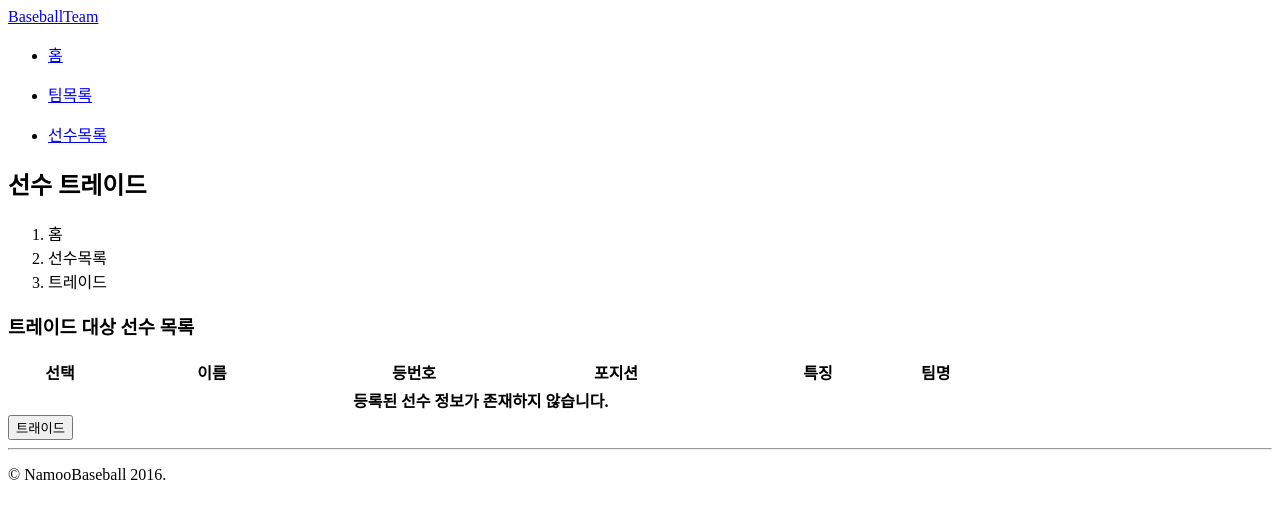
Repository: brotherdoor/shiba
Page: http://localhost/Baseball_templete/trade.do
These files come from the project's save history. The page is drawn as it stood at one moment and after the next save; the edit follows.
The browser window is 1280 px wide. The pictures show the whole page.
The page is served by Tomcat 9. Other server files are loaded and not shown.

Above is the page before, as saved 2017-02-23 05:31:14.

### jsp/Baseball_templete/WebContent/tradeTargetList.jsp
<%@ page language="java" contentType="text/html; charset=UTF-8"
    pageEncoding="UTF-8"%>
<%@ taglib prefix="c" uri="http://java.sun.com/jsp/jstl/core" %>
<!DOCTYPE html>
<html lang="ko">
<head>

<title>BaseballTeam</title>
<meta charset="utf-8">
<link href="resources/css/bootstrap_modify.css" rel="stylesheet">
<link href="resources/css/layout.css" rel="stylesheet">
<script src="resources/js/jquery-2.1.3.js"></script>

</head>
<body>

	<!-- Main Navigation ================================================================================= -->
	<div class="navbar navbar-default navbar-fixed-top">
		<div class="container">
			<div class="navbar-header">
				<a class="navbar-brand" href="#">BaseballTeam</a>
			</div>
			<div class="navbar-collapse collapse">
				<ul class="nav navbar-nav">
					<li><a href="teamList.do">홈</a></li>
				</ul>
				<ul class="nav navbar-nav">
					<li><a href="teamList.do">팀목록</a></li>
				</ul>
				<ul class="nav navbar-nav">
					<li><a href="playerList.do">선수목록</a></li>
				</ul>
			</div>
		</div>
	</div>

	<!-- Header ========================================================================================== -->
	<header>
		<div class="container">
			<div class="row">
				<div class="col-lg-12">
					<div class="jumbotron">
						<h2>${sourcePlayer.name } 선수 트레이드</h2>
					</div>
				</div>
			</div>

			<div class="row">
				<div class="col-sm-12 col-lg-12">
					<ol class="breadcrumb">
						<li>홈</li>
						<li>선수목록</li>
						<li class="active ">트레이드</li>
					</ol>
				</div>
			</div>
		</div>
	</header>

	<!-- Container ======================================================================================= -->
	<div class="container">
		<div class="row">

			<div class="col-sm-12 col-lg-12">
				<div>
					<h3>트레이드 대상 선수 목록</h3>
				</div>

				<div class="table-responsive">
					<table class="table table-striped table-bordered table-hover">
						<colgroup>
							<col width="100" />
							<col width="200" />
							<col width="200" />
							<col width="200" />
							<col width="200" />
							<col width="*" />
						</colgroup>
						<thead>
							<tr>
								<th class="text-center">선택</th>
								<th class="text-center">이름</th>
								<th class="text-center">등번호</th>
								<th class="text-center">포지션</th>
								<th class="text-center">특징</th>
								<th class="text-center">팀명</th>
							</tr>
						</thead>
						<tbody>
						<c:choose>
						<c:when test="${teamList eq null || empty teamList }">
						<tr>
							<th colspan="6" class="text-center">등록된 선수 정보가 존재하지 않습니다.</th>
						</tr>
						</c:when>
						<c:otherwise>
						<c:forEach items="${teamList }" var="team">
						<c:forEach items="${team.players }" var="target">
							<c:choose>
							<c:when test="${team eq null || empty team }">
							<tr>
								<th colspan="6" class="text-center">등록된 선수 정보가 존재하지 않습니다.</th>
							</tr>
							</c:when>
							<c:otherwise>
							<tr>
								<td class="text-center">
								<form action="join.do" method="get" >
								<input type="submit" name="targetPlayer" value="${target.playerId }">
								</form>
								</td>
								<td class="text-center">${target.name }</td>
								<td class="text-center">${target.backNumber }</td>
								<td class="text-center">${target.position }</td>
								<td class="text-center">좌투좌타</td>
								<td class="text-center">${team.name }</td>
							</tr>
							</c:otherwise>
							</c:choose>

						</c:forEach>
						</c:forEach>
						</c:otherwise>
						</c:choose>
						</tbody>
					</table>
				</div>

				<div class="text-right">
					<a href="trade.do?source=${sourcePlayer.playerId }">
						<button type="button" class="btn btn btn-warning">트래이드</button>
					</a>
				</div>
			</div>
		</div>
		<!-- Footer ========================================================================================== -->
		<footer>
			<hr>
			<p>© NamooBaseball 2016.</p>
		</footer>
	</div>
</body>
</html>

### jsp/Baseball_templete/src/controller/TradeController.java
package controller;

import java.io.IOException;
import javax.servlet.ServletException;
import javax.servlet.annotation.WebServlet;
import javax.servlet.http.HttpServlet;
import javax.servlet.http.HttpServletRequest;
import javax.servlet.http.HttpServletResponse;

import service.BaseballTeamService;
import service.logic.BaseballTeamServiceLogic;

@WebServlet("/trade.do")
public class TradeController extends HttpServlet {
	private static final long serialVersionUID = 1L;

	@Override
	protected void doGet(HttpServletRequest req, HttpServletResponse resp)
			throws ServletException, IOException {
		req.getRequestDispatcher("tradeTargetList.jsp").forward(req, resp);
	}

	@Override
	protected void doPost(HttpServletRequest req, HttpServletResponse resp)
			throws ServletException, IOException {
		BaseballTeamService service = new BaseballTeamServiceLogic();
		System.out.println(req.getParameter("targetPlayer"));
		System.out.println(req.getParameter("source"));
		service.tradePlayer(req.getParameter("source"), req.getParameter("targetPlayer"));
		resp.sendRedirect("playerList.do");
	}

}

### jsp/Baseball_templete/WebContent/resources/css/layout.css

body {
	   padding-top: 40px;
}
.write_area{position:relative;height:70px;padding:0 75px 0 20px;border:1px solid #e1e1e6;border-radius:2px;background-color:#fbfbfd;}
.write_area .input_write_comment{overflow:hidden;width:100%;height:20x;line-height:15px;padding:0;margin:20px 0 0 5px;font-size:13px;border:0;background-color:#fafafc;resize:none;outline:none;}
.write_area .comment_submit{position:absolute;top:15px;right:7px;padding:8px 15px;margin:0;border:0;border-right:1px solid #c8c9ca;border-bottom:1px solid #c8c9ca;border-radius:4px;color:#fff;background-color:#d3d4d5;cursor:pointer;}

Loaded but not shown: jsp/Baseball_templete/WebContent/resources/js/jquery-2.1.3.js (library); jsp/Baseball_templete/WebContent/resources/css/bootstrap_modify.css (7828 lines, source omitted)

After the next save:
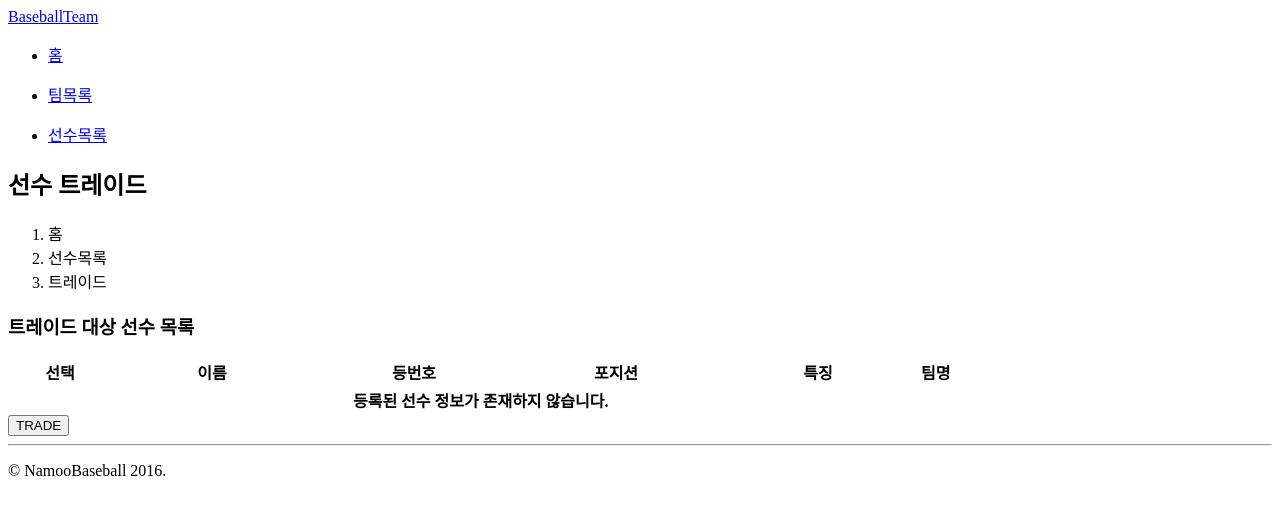
Saved 56 s later.
--- a/jsp/Baseball_templete/WebContent/tradeTargetList.jsp
+++ b/jsp/Baseball_templete/WebContent/tradeTargetList.jsp
@@ -105,7 +105,7 @@
 							<c:otherwise>
 							<tr>
 								<td class="text-center">
-								<form action="join.do" method="get" >
+								<form action="trade.do?source=${sourcePlayer.playerId }" method="get" >
 								<input type="submit" name="targetPlayer" value="${target.playerId }">
 								</form>
 								</td>
@@ -127,9 +127,9 @@
 				</div>
 
 				<div class="text-right">
-					<a href="trade.do?source=${sourcePlayer.playerId }">
-						<button type="button" class="btn btn btn-warning">트래이드</button>
-					</a>
+
+						<input type="submit" value="TRADE" class="btn btn btn-warning">
+
 				</div>
 			</div>
 		</div>
